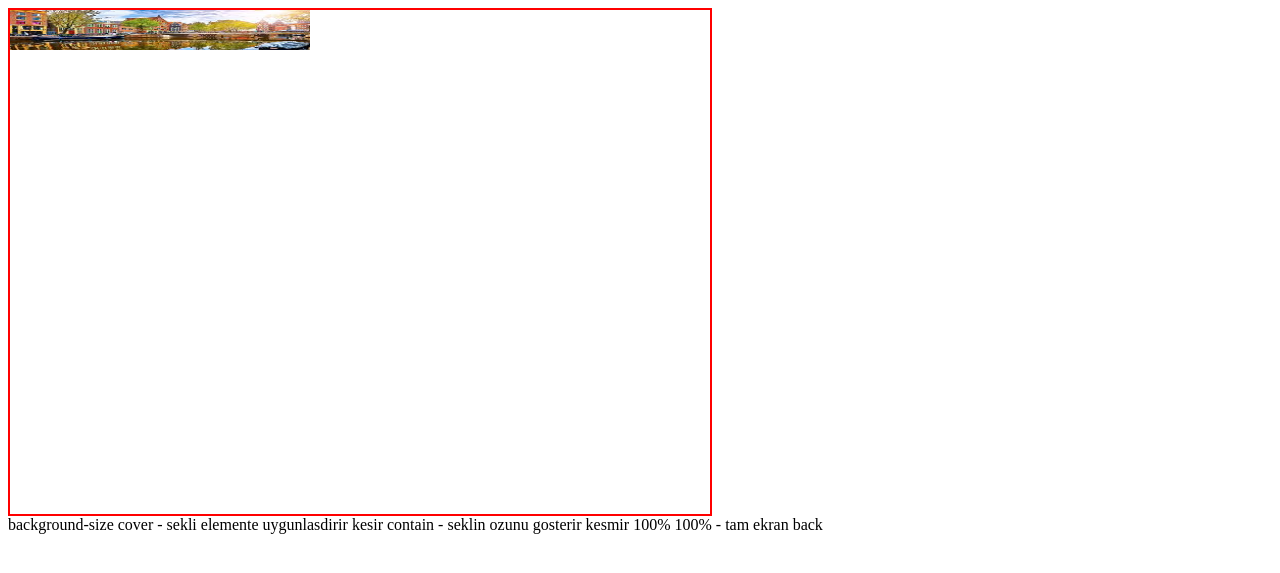
Repository: AytacSafarova/TAsk-11
Page: index.html
An editor plug-in stored every save of this project. The page is shown before and after the next save, followed by the edit.
The browser window is 1280 px wide. The pictures show the whole page.

Above is the page before, as saved 2023-09-01 18:37:16.

### index.html
<!DOCTYPE html>
<html lang="en">

<head>
    <meta charset="UTF-8">
    <meta name="viewport" content="width=device-width, initial-scale=1.0">
    <title>Document</title>
</head>
<style>
    .container {
        background-image: url('./download\ \(1\).jfif');
        min-height: 70vh;
        width: 700px;
        border: 2px solid red;
        background-repeat: no-repeat;
        background-size: 300px 40px;
    }
</style>

<body>
    <div class="container">
    </div>
</body>
<script src="./index.js"></script>

</html>
background-size
 cover - sekli elemente uygunlasdirir kesir
 contain - seklin ozunu gosterir kesmir 100% 100% -
tam ekran

back

### index.js
// fetch("https://api.chucknorris.io/jokes/random")
//   .then((response) => {
//     return response.json();
//   })
//   .then((data) => {
//     console.log(data);
//   });

console.log(window);

After the next save:
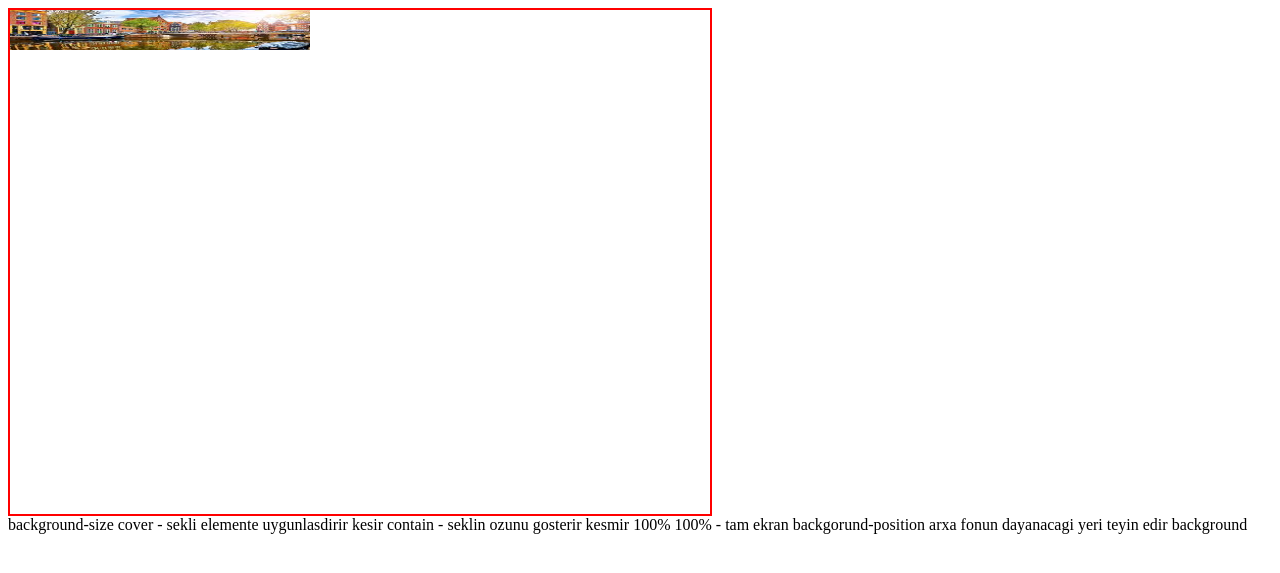
Saved 21 s later.
--- a/index.html
+++ b/index.html
@@ -29,4 +29,6 @@
  contain - seklin ozunu gosterir kesmir 100% 100% -
 tam ekran
 
-back
+backgorund-position
+arxa fonun dayanacagi yeri teyin edir
+background
